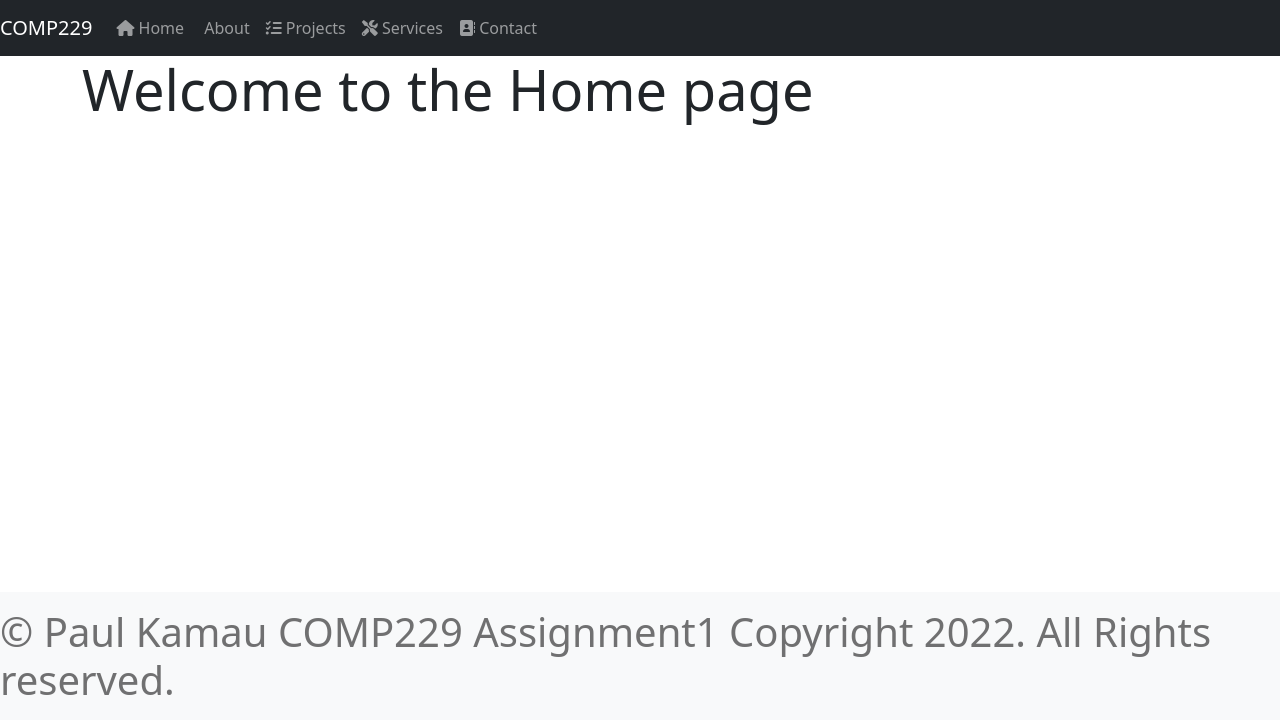
Repository: kiruriluap/COMP229-M2022-Labs
Page: http://localhost/
The author's editor kept a copy of each file at every save. The page is drawn from the files as they stood at one save, then again after a run of saves.
The browser window is 1280 px wide. The pictures show the whole page.
The page is served by the project's Node server (server.js).

Above is the page before, as saved 2022-05-28 19:03:10.

After the next 4 saves:
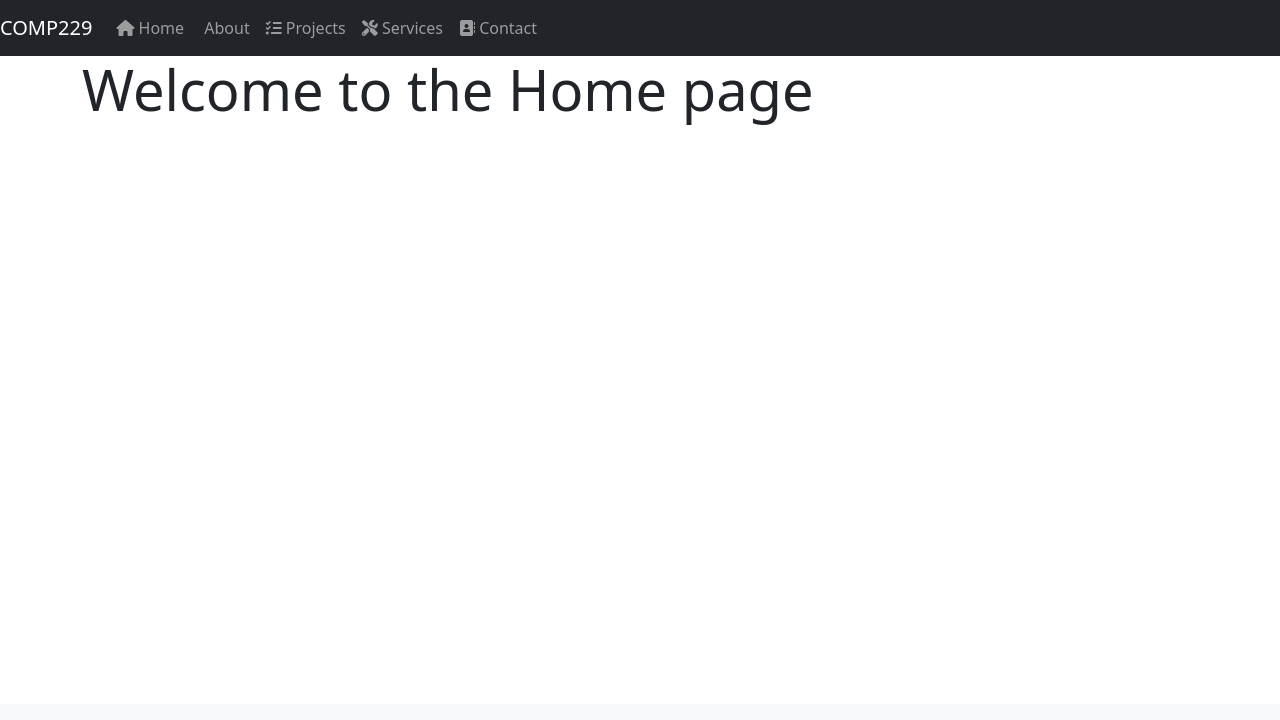
The 4 saves are shown as one change because they came seconds apart.
The last was saved 26 s later.
--- a/week3-6 Partials - Copy - Copy/views/partials/bottom_nav.ejs
+++ b/week3-6 Partials - Copy - Copy/views/partials/bottom_nav.ejs
@@ -1,6 +1,6 @@
 <!--Bottom Nav-->
 <footer>
     <nav class="navbar fixed-bottom navbar-light bg-light">
-    <h8 class="display-6 navbar-text"> &copy; Paul Kamau COMP229 Assignment1 Copyright 2022. All Rights reserved.</h8>
+    <!--<h8 class="display-6 navbar-text"> &copy; Paul Kamau COMP229 Assignment1 Copyright 2022. All Rights reserved.</h8>
   </nav>
     </footer>

After the 3 saves that followed:
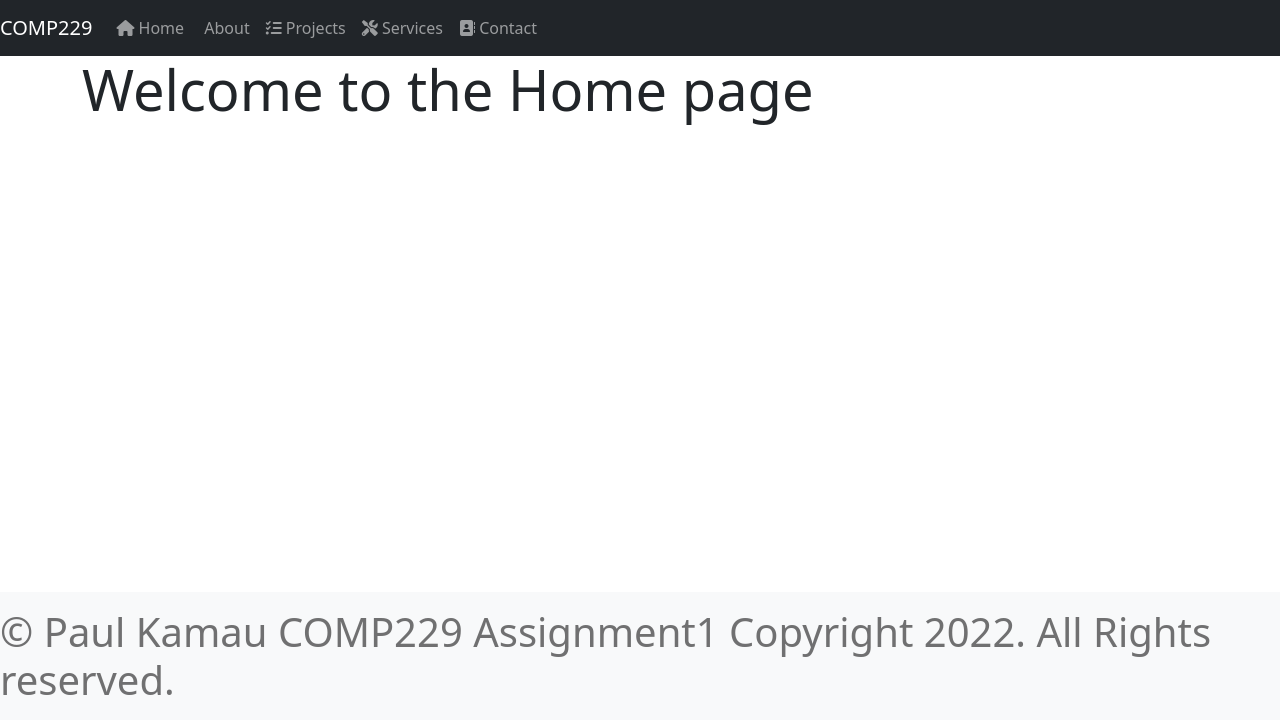
The 3 saves are shown as one change because 2 left the picture as it was.
The last was saved 30 s later.
--- a/week3-6 Partials - Copy - Copy/views/partials/bottom_nav.ejs
+++ b/week3-6 Partials - Copy - Copy/views/partials/bottom_nav.ejs
@@ -1,6 +1,6 @@
 <!--Bottom Nav-->
 <footer>
     <nav class="navbar fixed-bottom navbar-light bg-light">
-    <!--<h8 class="display-6 navbar-text"> &copy; Paul Kamau COMP229 Assignment1 Copyright 2022. All Rights reserved.</h8>
+    <h8 class="display-6 navbar-text"> &copy; Paul Kamau COMP229 Assignment1 Copyright 2022. All Rights reserved.</h8>
   </nav>
     </footer>
